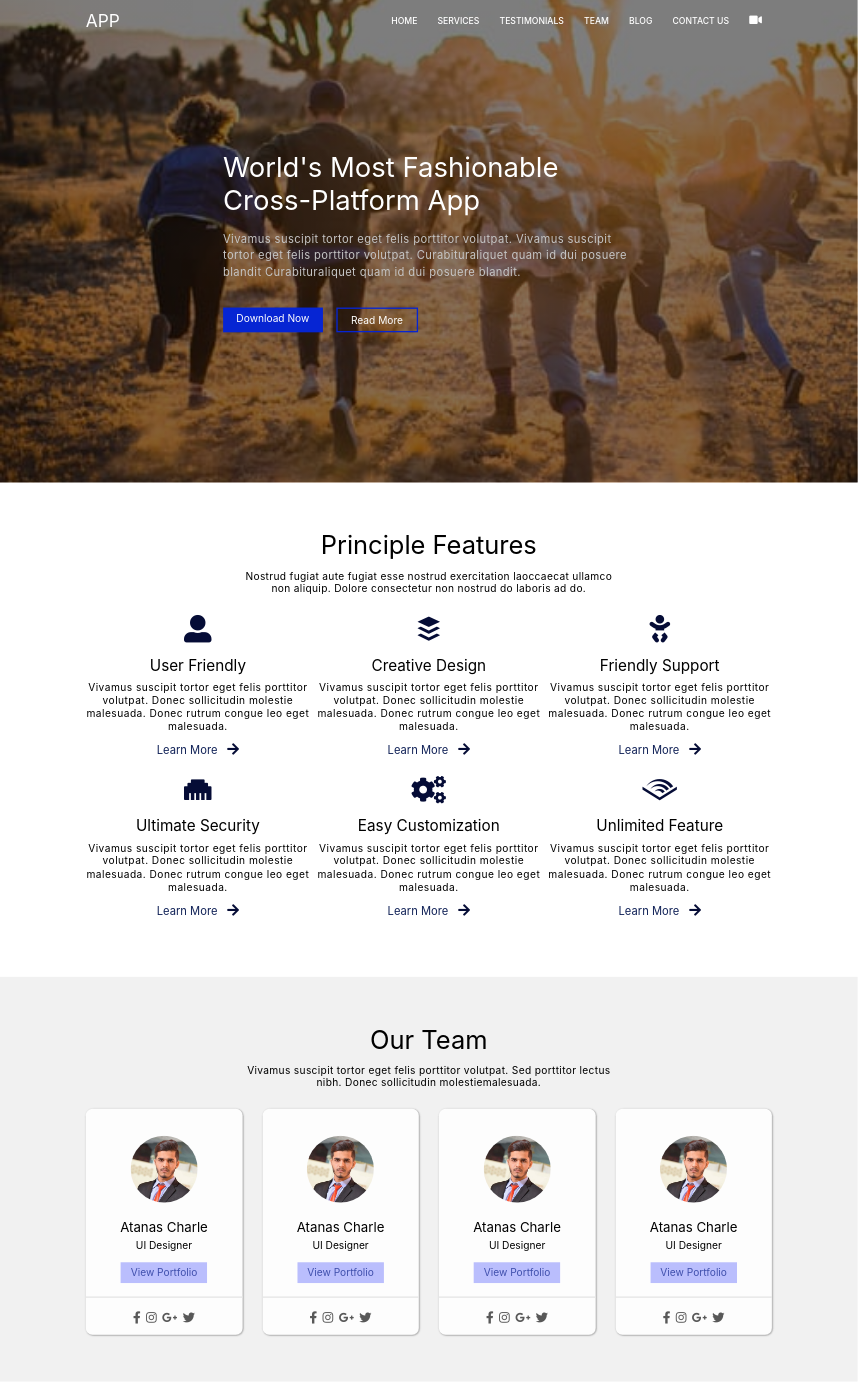
Repository: MagimbiJr/firstDesign
Page: index.html
The author's editor kept a copy of each file at every save. The page is drawn from the files as they stood at one save, then again after the next save.
The browser window is 1280 px wide. The pictures show the whole page, at 67% of full size.
Backgrounds fixed to the window are drawn as part of the page.

Above is the page before, as saved 2020-06-12 20:39:01.

After the next save:
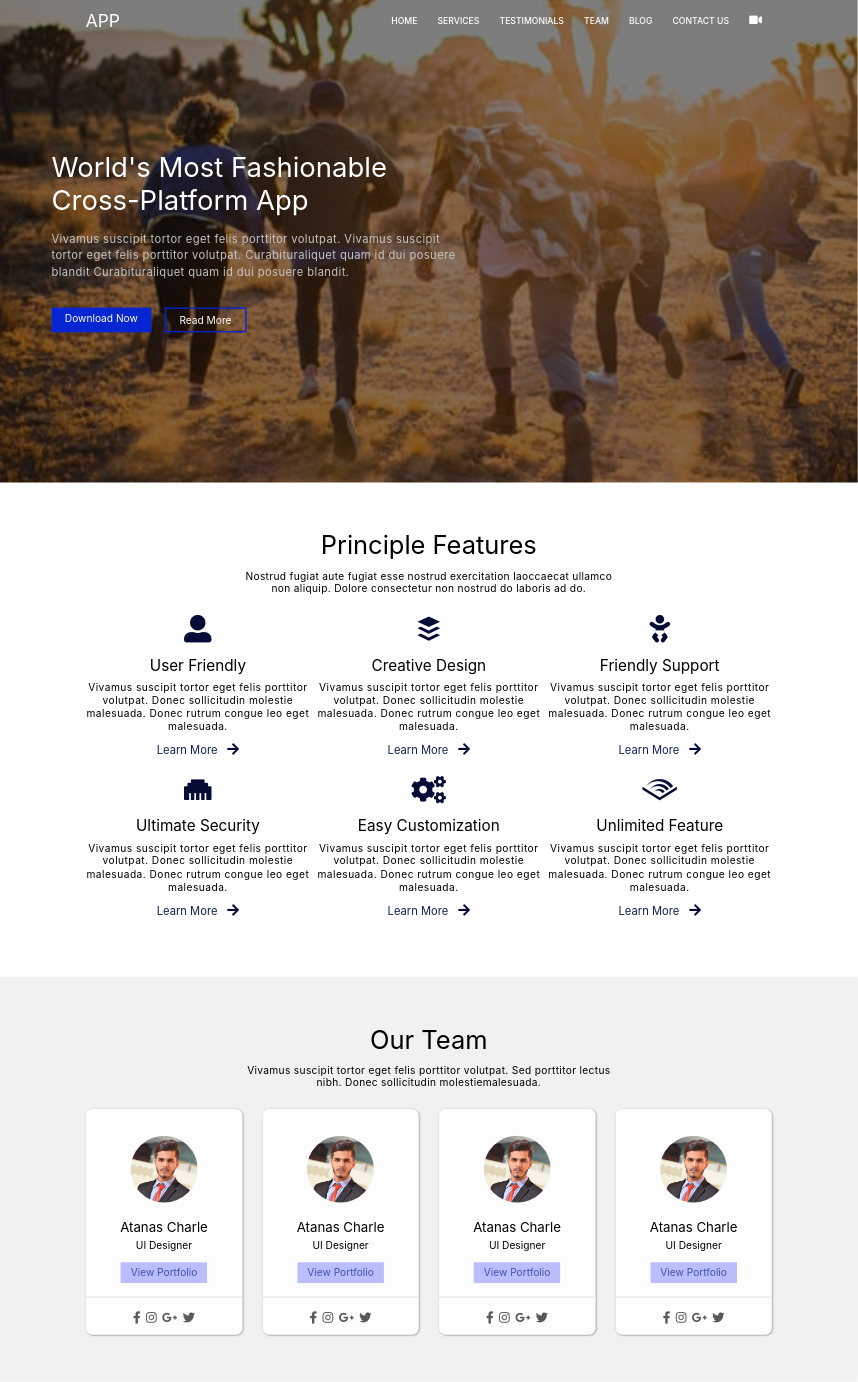
Saved 16 s later.
--- a/css/style.css
+++ b/css/style.css
@@ -92,7 +92,7 @@ html {
     background-position: center;
     display: flex;
     flex-direction: column;
-    align-items: center;
+    /* align-items: center; */
     justify-content: center;
 }
 
